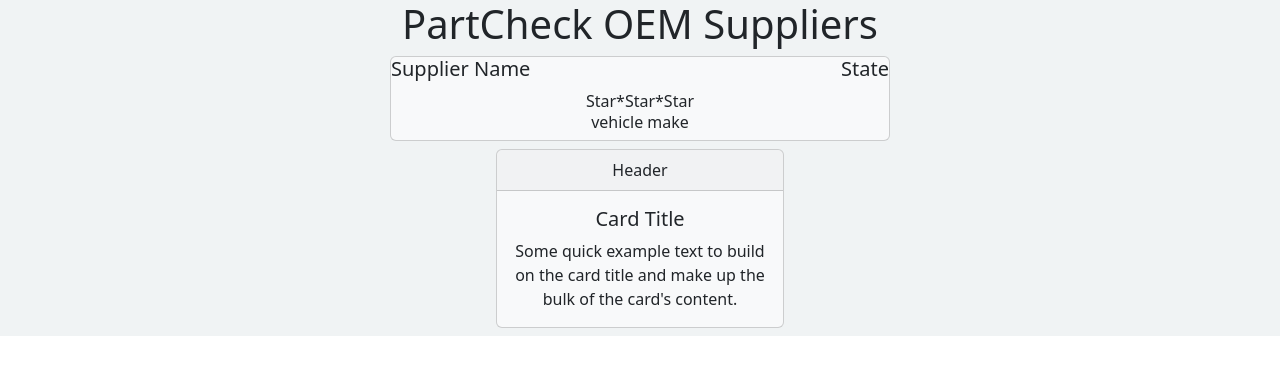
Repository: trungna4699/coding_challenge
Page: /
An editor plug-in stored every save of this project. The page is shown before and after the next save, followed by the edit.
The browser window is 1280 px wide. The pictures show the whole page.
The project was rebuilt for these pictures with package versions that can differ from the ones it lists, and the page was loaded fresh each time.

Above is the page before, as saved 2022-09-01 16:27:27.

### src/index.css
body {
  margin: 0;
  background-color: #F0F3F4;
  font-family: -apple-system, BlinkMacSystemFont, 'Segoe UI', 'Roboto', 'Oxygen',
    'Ubuntu', 'Cantarell', 'Fira Sans', 'Droid Sans', 'Helvetica Neue',
    sans-serif;
  -webkit-font-smoothing: antialiased;
  -moz-osx-font-smoothing: grayscale;
}

code {
  font-family: source-code-pro, Menlo, Monaco, Consolas, 'Courier New',
    monospace;
}

### src/App.js
import './App.css';
import 'bootstrap/dist/css/bootstrap.min.css';

import Card from 'react-bootstrap/Card';
import Col from 'react-bootstrap/Col';
import Row from 'react-bootstrap/Row';

function App() {
  return (
    <div className="App">
      <h1>PartCheck OEM Suppliers</h1>

      <div className='listContainer'>
        <Card
          bg={"light"}
          // key={variant}
          text={"dark"}
          style={{ width: '500px' }}
          className="mb-2"
        >
          <div classname="supplierItems">
            <div className='supplierInfo'>
              <h5>Supplier Name</h5>
              <h5>State</h5>
            </div>

            <div className="ratingStar">
              Star*Star*Star
            </div>
            <div className="vehicleList">
              <h6>vehicle make</h6>
            </div>
          </div>
        </Card>

        <Card
          bg={"light"}
          // key={variant}
          text={"dark"}
          style={{ width: '18rem' }}
          className="mb-2"
        >
          <Card.Header>Header</Card.Header>
          <Card.Body>
            <Card.Title>Card Title </Card.Title>
            <Card.Text>
              Some quick example text to build on the card title and make up the
              bulk of the card's content.
            </Card.Text>
          </Card.Body>
        </Card>

      </div>


    </div>
  );
}

export default App;

### src/App.css
.App {
  background-color: #F0F3F4;
  text-align: center;
}

.listContainer {
  display: flex;
  flex-direction: column;
  align-items: center;
}

.supplierInfo {
  display: flex;
  justify-content: space-between;
}







/* Default Settings */
.App-logo {
  height: 40vmin;
  pointer-events: none;
}

@media (prefers-reduced-motion: no-preference) {
  .App-logo {
    animation: App-logo-spin infinite 20s linear;
  }
}

.App-header {
  background-color: #282c34;
  min-height: 100vh;
  display: flex;
  flex-direction: column;
  align-items: center;
  justify-content: center;
  font-size: calc(10px + 2vmin);
  color: white;
}

.App-link {
  color: #61dafb;
}

@keyframes App-logo-spin {
  from {
    transform: rotate(0deg);
  }
  to {
    transform: rotate(360deg);
  }
}

Loaded but not shown: public/index.html (common file); src/index.js (common file); src/reportWebVitals.js (common file)

After the next save:
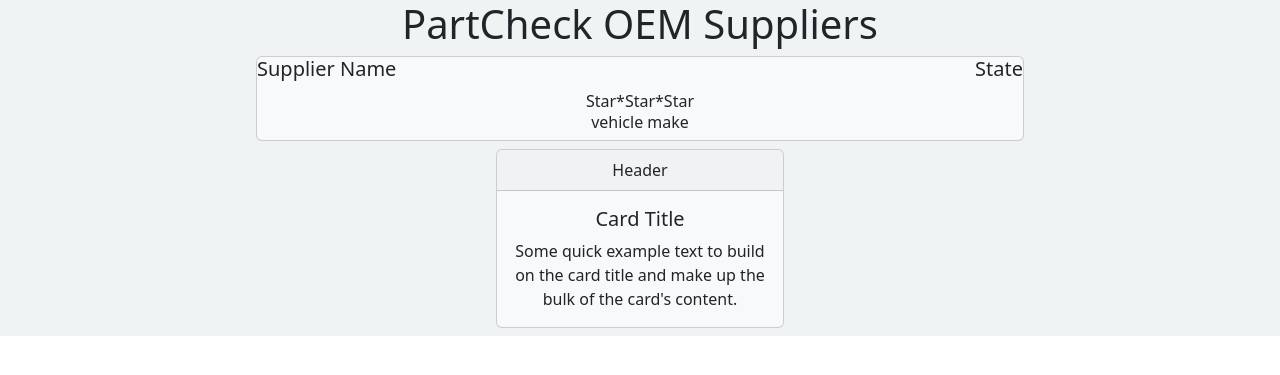
Saved 24 s later.
--- a/src/App.js
+++ b/src/App.js
@@ -15,7 +15,7 @@ function App() {
           bg={"light"}
           // key={variant}
           text={"dark"}
-          style={{ width: '500px' }}
+          style={{ width: '60%' }}
           className="mb-2"
         >
           <div classname="supplierItems">
